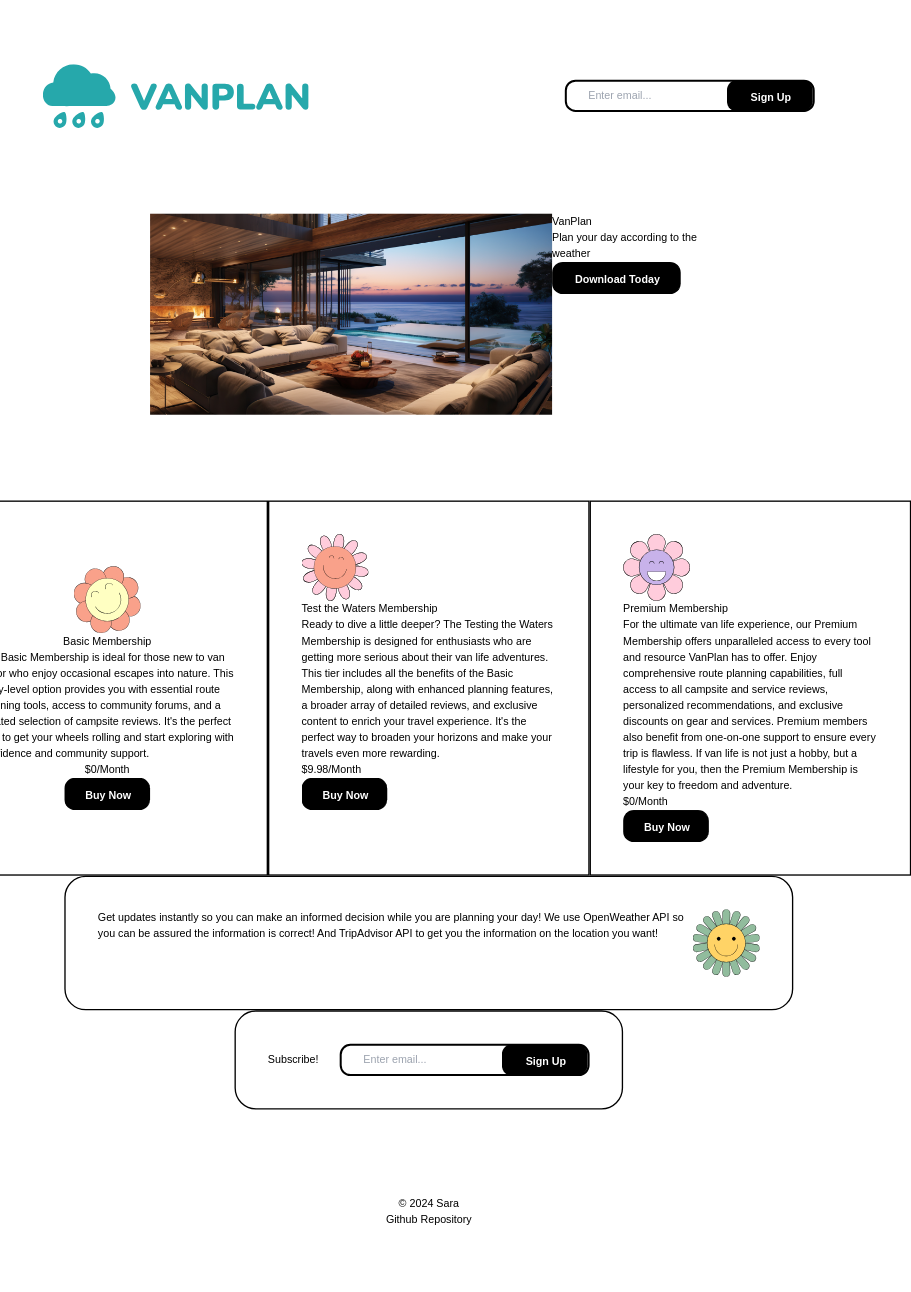
Repository: SaraShio/landing-page
Page: /
The author's editor kept a copy of each file at every save. The page is drawn from the files as they stood at one save, then again after the next save.
The browser window is 1280 px wide. The page is 1360 px wide, so the pictures cover 1360 px, including what lies to the right of the window. The pictures show the whole page, at 67% of full size.
The project was rebuilt for these pictures with package versions that can differ from the ones it lists, and the page was loaded fresh each time. The framework's server and built-in components were replaced by stand-ins that run in the browser. Also part of the build but not shown: next.config.mjs.

Above is the page before, as saved 2024-03-06 00:11:02.

After the next save:
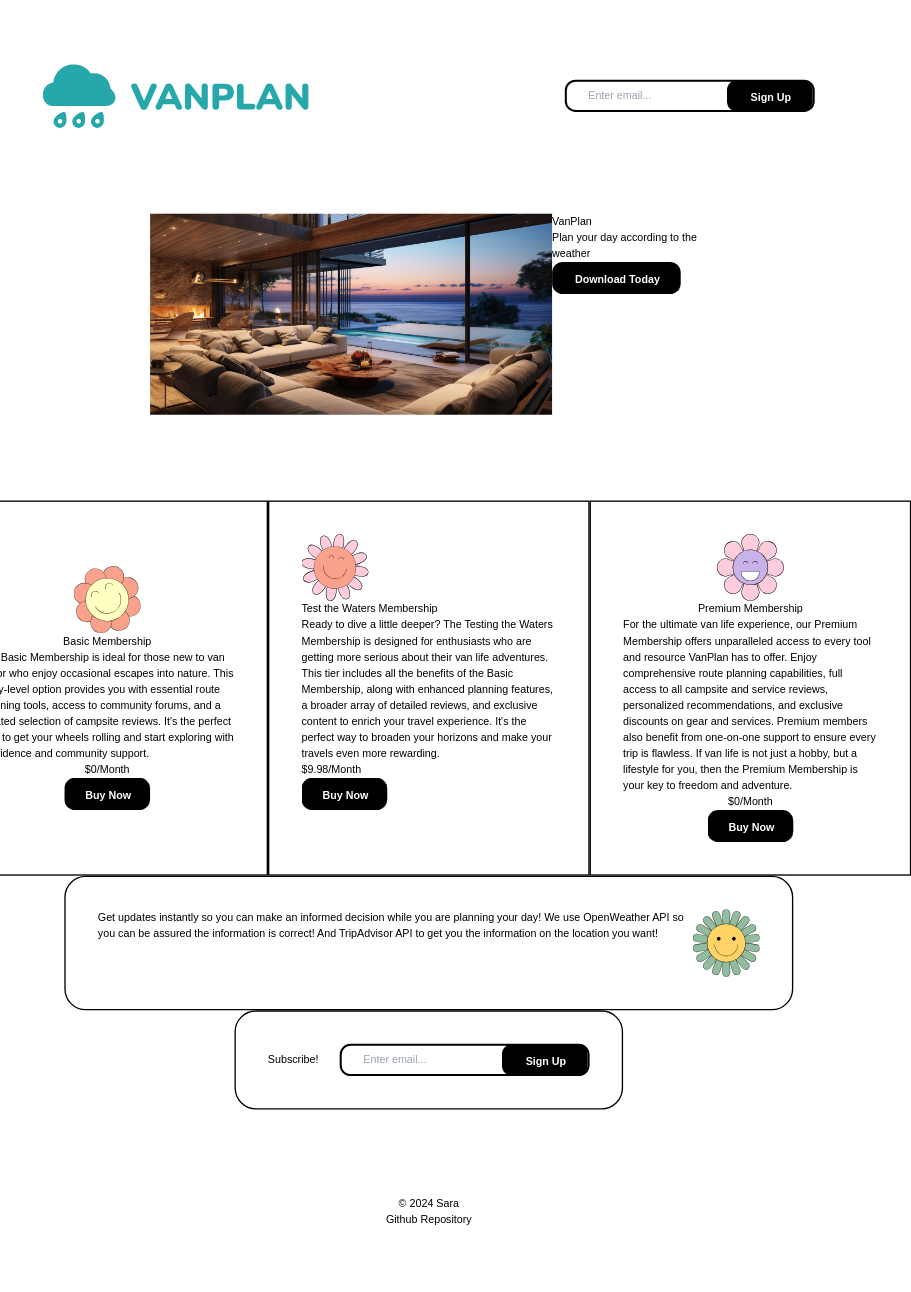
Saved 10 s later.
--- a/components/CardThree/CardThree.module.css
+++ b/components/CardThree/CardThree.module.css
@@ -2,7 +2,10 @@
     border: 2px solid var(--black);
     padding: var(--card-padding);
     width: 30rem;
-
+    display: flex;
+    flex-direction: column;
+    justify-content: center;
+    align-items: center;
 }
 
 .buy_button{
